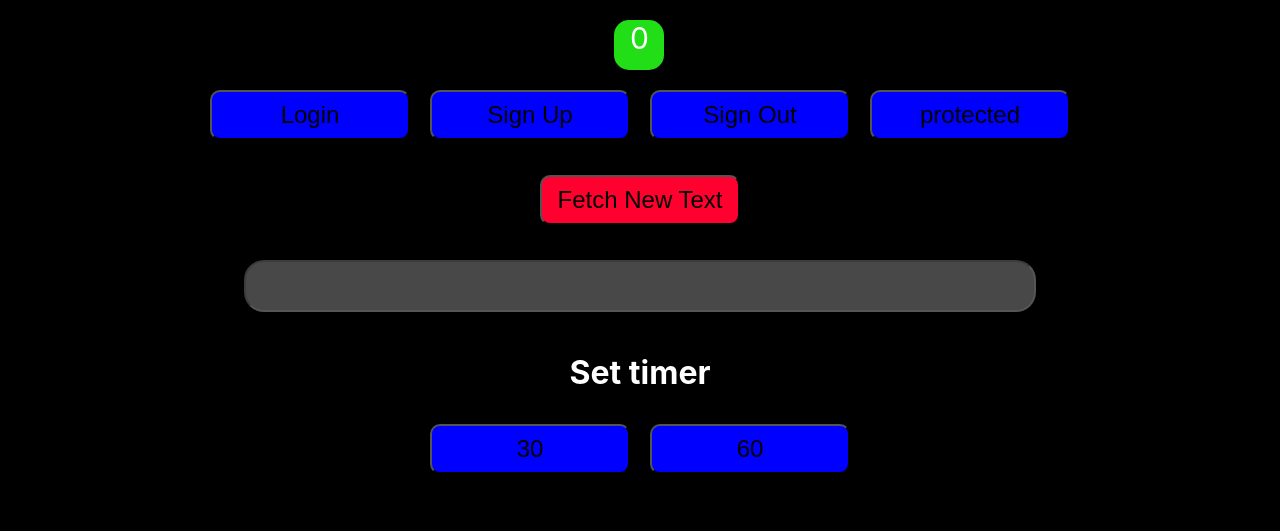
Repository: abhaysharma20233009/swiftKey
Page: / (app in frontend/my-app/)
An editor plug-in stored every save of this project. The page is shown before and after the next save, followed by the edit.
The browser window is 1280 px wide. The pictures show the whole page.
The page's requests for data from a server got no answer. The project was rebuilt for these pictures with package versions that can differ from the ones it lists, and the page was loaded fresh each time. No one was signed in, and anything a server would have sent is missing. Also part of the build but not shown: frontend/my-app/src/Results.js, frontend/my-app/src/Login.js, frontend/my-app/src/Signup.js.

Above is the page before, as saved 2024-10-11 15:05:38.

### frontend/my-app/src/App.js
//App.js

import './App.css';
import React from 'react';
import { BrowserRouter as Router, Route, Routes } from 'react-router-dom';
import Swift from './Swifts';
import Results from './Results';
import Login from './Login';
import Signup from './Signup';
const App = () => {
    return (
        <Router>
			<div className="App">
            <Routes>
                <Route path="/" element={<Swift />} />
                <Route path="/results" element={<Results />} />
                <Route path="/login" element={<Login />} />
                <Route path="/signup" element={<Signup/>}/>
            </Routes>
			</div>
        </Router>
    );
};

export default App;

### frontend/my-app/src/App.css
.App {
  text-align: center;
  color:white;
}

body{
  background-color:black;
}

.log{
  color:black;
  margin-left: 10px;
  margin-right: 10px;
  background-color: blue;
  border-radius: 10px;
  height:50px;
  width:200px;
  justify-self: end;
  font-size: x-large;
  margin-top:10px;
  margin-bottom:25px;
}




.in{
  border-radius:20px;
  font-size: 24px;
  width: 60%;
  padding: 10px;
  margin: 10px 0;
}

.hea{
  margin-top: 50px;
  margin-bottom:20px;
  margin-left:25%;
  background-color: lightgray;
  font-size: 24px;
  background-color:rgb(0, 128, 9);
  width:50%;
  height:50px;
  border-radius:30px;
  text-align: center;
}

.lo{
  text-align:center;
}
.Timer{
  height:50px;
  font-size:30px;
  margin-bottom: 10px;
  background-color:rgb(33, 222, 23);
  width:50px;
  margin-left:48%;
  border-radius: 15px;
}

.form{
  font-size: 28px;
  margin-top:80px;
  padding:5px;
  background:linear-gradient(150deg,blue,red);
  background-color:rgb(169, 90, 63);
  width:60%;
  border-radius:20px;
  margin-left:20%;
}

.logs{
  color:black;
  margin-left: 10px;
  margin-right: 10px;
  background-color: rgb(255, 0, 47);
  border-radius: 10px;
  height:50px;
  width:200px;
  justify-self: end;
  font-size: x-large;
  margin-top:10px;
  margin-bottom:25px;
}

### frontend/my-app/src/Swifts.js
import React, { useState, useEffect } from 'react';
import { useNavigate, useLocation } from 'react-router-dom';

function Swifts() {
    const [message, setMessage] = useState('');
    const [inputValue, setInputValue] = useState('');
    const [currentWordIndex, setCurrentWordIndex] = useState(0);
    const [time, setTime] = useState(0);
    const navigate = useNavigate();
    const location = useLocation();
    const [countdown, setCountdown] = useState(0);
    const [wordTyped, setWordTyped] = useState(0);
    const [isInputDisabled, setIsInputDisabled] = useState(false); // New state

    const username = location.state?.username || '';
    const email = location.state?.email || '';

    const fetchMessages = async () => {
        try {
            const response = await fetch('http://localhost:7000/random-paragraph');
            const data = await response.json();
            if (data && typeof data === 'string') {
                setMessage(data);
                setInputValue('');
                setCurrentWordIndex(0);
                setIsInputDisabled(false); // Enable input when fetching new messages
            } else {
                console.error('Invalid data format:', data);
            }
        } catch (error) {
            console.error('Error fetching messages:', error);
        }
    };
    const pro=async ()=>{
        await fetch('http://localhost:7000/protected-route', {
            method: 'GET',
            credentials: 'include', // This is important to send cookies
        })
        .then(response => {
            if (response.ok) {
                return response.json();
            }
            throw new Error('Not authorized');
        })
        .then(data => console.log(data))
        .catch(error => console.error('Error:', error));

    }
    const signout=async(req,res)=>{
        try{
        const response = await fetch('http://localhost:7000/signup', {
            method: 'DELETE',
            headers: {
                'Content-Type': 'application/json',
            },
            body: JSON.stringify({ userName: username, email}),
        });

        if (!response.ok) {
            const errorData = await response.json();
            alert(errorData.message || errorData.error);
            return;
        }


    } catch (error) {
        console.error('Error login:', error);
    }
    }
    useEffect(() => {
        fetchMessages();
    }, []);

    const handleInputChange = (e) => {
        const value = e.target.value;
        setInputValue(value);

        const words = message.split(' ');
        const currentWord = words[currentWordIndex];

        if (currentWord && currentWord.startsWith(value.trim())) {
            if (value.trim() === currentWord) {
                setCurrentWordIndex((prevIndex) => prevIndex + 1);
                setInputValue('');
            }
        }
    };

    useEffect(() => {
        if (time > 0) {
            setCountdown(time);
        }
    }, [time]);

    useEffect(() => {
        if (countdown > 0) {
            const timer = setInterval(() => {
                setCountdown((prev) => prev - 1);
            }, 1000);

            return () => clearInterval(timer);
        } else if (countdown === 0) {
            setIsInputDisabled(true); // Disable input when countdown reaches zero
        }
    }, [countdown]);

    useEffect(() => {
        if (time > 0) {
            setWordTyped((currentWordIndex * 60) / time);
            const timer = setTimeout(() => {
                navigate('/results', { state: { wordTyped, username, email } });
            }, time * 1000);

            return () => clearTimeout(timer);
        }
    }, [time, currentWordIndex, wordTyped, navigate, username, email]);

    const words = message.split(' ');
    const currentWord = words[currentWordIndex] || '';

    return (
        <div style={{ textAlign: 'center', marginTop: '20px' }}>

            <div className="Timer">{countdown}</div>
            {username && <h2>Welcome, {username}!</h2>}
            <button className="log" onClick={() => navigate('/login')}>Login</button>
            <button className="log" onClick={() => navigate('/signup')}>Sign Up</button>
            <button className="log" onClick={signout}>Sign Out</button>
            <button className="log" onClick={pro}>protected</button>
            <br />
            <button className="logs" onClick={fetchMessages}>Fetch New Text</button>
            <br />
            <input
                className='in'
                type="text"
                value={inputValue}
                onChange={handleInputChange}
                placeholder={currentWord.slice(inputValue.length)}
                disabled={isInputDisabled} // Disable input based on state
            />
            <div className="lo">
                <div style={{ fontSize: '24px', marginTop: '10px', textAlign: 'center', display: 'flex', flexWrap: 'wrap' }}>
                    {words.map((word, index) => {
                        const isCurrentWord = index === currentWordIndex;
                        const isTypedWord = index < currentWordIndex;

                        return (
                            <span
                                key={index}
                                style={{
                                    padding: '0 5px',
                                    color: isCurrentWord ? 'blue' : (isTypedWord ? 'gray' : 'white'),
                                    textDecoration: isTypedWord ? 'line-through' : 'none',
                                }}
                            >
                                {word}
                            </span>
                        );
                    })}
                </div>
            </div>
            <h1>Set timer</h1>
            <button className="log" onClick={() => setTime(30)}>30</button>
            <button className="log" onClick={() => setTime(60)}>60</button>
        </div>
    );
}

export default Swifts;

Loaded but not shown: frontend/my-app/public/index.html (common file); frontend/my-app/src/index.js (common file); frontend/my-app/src/index.css (common file); frontend/my-app/src/reportWebVitals.js (common file)

After the next save:
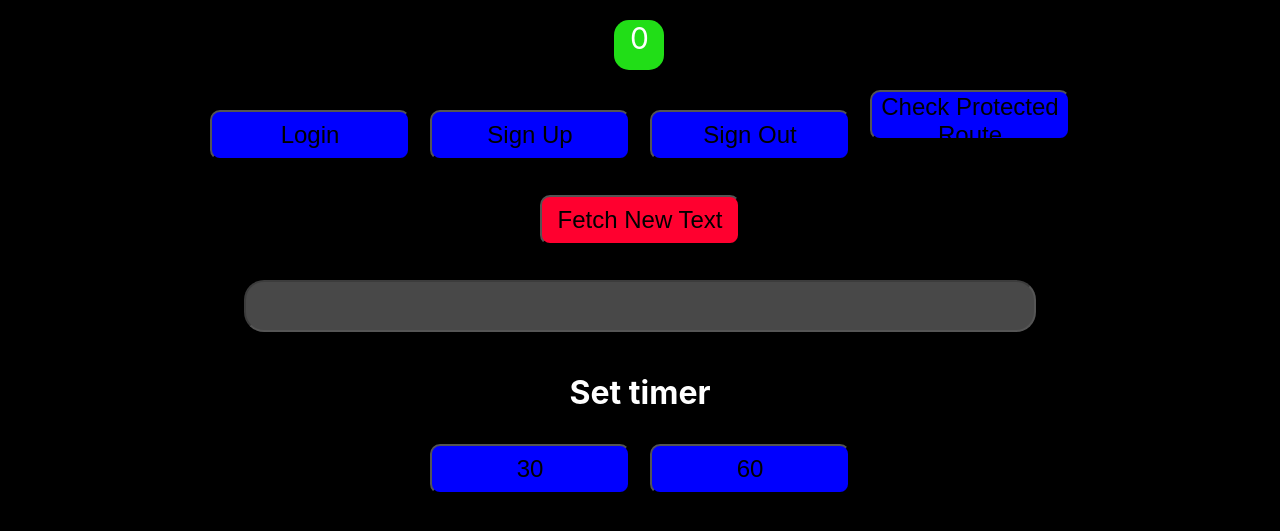
Saved 4 min 5 s later.
--- a/frontend/my-app/src/Swifts.js
+++ b/frontend/my-app/src/Swifts.js
@@ -10,10 +10,15 @@ function Swifts() {
     const location = useLocation();
     const [countdown, setCountdown] = useState(0);
     const [wordTyped, setWordTyped] = useState(0);
-    const [isInputDisabled, setIsInputDisabled] = useState(false); // New state
+    const [isInputDisabled, setIsInputDisabled] = useState(false);
 
     const username = location.state?.username || '';
     const email = location.state?.email || '';
+
+    useEffect(() => {
+        fetchMessages();
+        pro(); // Check session on mount
+    }, []);
 
     const fetchMessages = async () => {
         try {
@@ -23,7 +28,7 @@ function Swifts() {
                 setMessage(data);
                 setInputValue('');
                 setCurrentWordIndex(0);
-                setIsInputDisabled(false); // Enable input when fetching new messages
+                setIsInputDisabled(false);
             } else {
                 console.error('Invalid data format:', data);
             }
@@ -31,45 +36,41 @@ function Swifts() {
             console.error('Error fetching messages:', error);
         }
     };
-    const pro=async ()=>{
-        await fetch('http://localhost:7000/protected-route', {
+
+    const pro = async () => {
+        const response = await fetch('http://localhost:7000/protected-route', {
             method: 'GET',
-            credentials: 'include', // This is important to send cookies
-        })
-        .then(response => {
-            if (response.ok) {
-                return response.json();
+            credentials: 'include',
+        });
+        if (response.ok) {
+            const data = await response.json();
+            console.log(data);
+        } else {
+            console.error('Not authorized to access the protected route.');
+        }
+    };
+
+    const signout = async () => {
+        try {
+            const response = await fetch('http://localhost:7000/signup', {
+                method: 'DELETE',
+                headers: {
+                    'Content-Type': 'application/json',
+                },
+                body: JSON.stringify({ userName: username, email }),
+            });
+
+            if (!response.ok) {
+                const errorData = await response.json();
+                alert(errorData.message || errorData.error);
+                return;
             }
-            throw new Error('Not authorized');
-        })
-        .then(data => console.log(data))
-        .catch(error => console.error('Error:', error));
-
-    }
-    const signout=async(req,res)=>{
-        try{
-        const response = await fetch('http://localhost:7000/signup', {
-            method: 'DELETE',
-            headers: {
-                'Content-Type': 'application/json',
-            },
-            body: JSON.stringify({ userName: username, email}),
-        });
-
-        if (!response.ok) {
-            const errorData = await response.json();
-            alert(errorData.message || errorData.error);
-            return;
+            // Optionally navigate to login page or clear state
+            navigate('/login');
+        } catch (error) {
+            console.error('Error signing out:', error);
         }
-
-
-    } catch (error) {
-        console.error('Error login:', error);
-    }
-    }
-    useEffect(() => {
-        fetchMessages();
-    }, []);
+    };
 
     const handleInputChange = (e) => {
         const value = e.target.value;
@@ -87,12 +88,6 @@ function Swifts() {
     };
 
     useEffect(() => {
-        if (time > 0) {
-            setCountdown(time);
-        }
-    }, [time]);
-
-    useEffect(() => {
         if (countdown > 0) {
             const timer = setInterval(() => {
                 setCountdown((prev) => prev - 1);
@@ -100,7 +95,7 @@ function Swifts() {
 
             return () => clearInterval(timer);
         } else if (countdown === 0) {
-            setIsInputDisabled(true); // Disable input when countdown reaches zero
+            setIsInputDisabled(true);
         }
     }, [countdown]);
 
@@ -120,13 +115,12 @@ function Swifts() {
 
     return (
         <div style={{ textAlign: 'center', marginTop: '20px' }}>
-
             <div className="Timer">{countdown}</div>
             {username && <h2>Welcome, {username}!</h2>}
             <button className="log" onClick={() => navigate('/login')}>Login</button>
             <button className="log" onClick={() => navigate('/signup')}>Sign Up</button>
             <button className="log" onClick={signout}>Sign Out</button>
-            <button className="log" onClick={pro}>protected</button>
+            <button className="log" onClick={pro}>Check Protected Route</button>
             <br />
             <button className="logs" onClick={fetchMessages}>Fetch New Text</button>
             <br />
@@ -136,7 +130,7 @@ function Swifts() {
                 value={inputValue}
                 onChange={handleInputChange}
                 placeholder={currentWord.slice(inputValue.length)}
-                disabled={isInputDisabled} // Disable input based on state
+                disabled={isInputDisabled}
             />
             <div className="lo">
                 <div style={{ fontSize: '24px', marginTop: '10px', textAlign: 'center', display: 'flex', flexWrap: 'wrap' }}>
